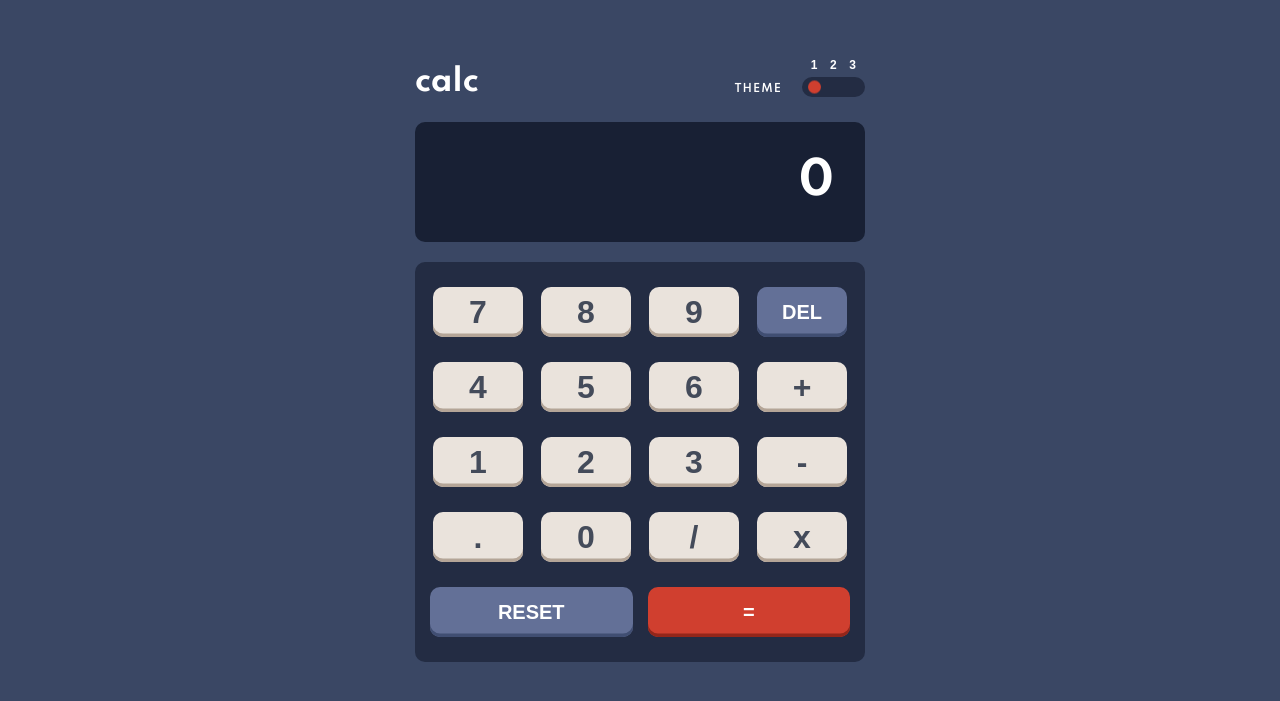
Repository: kurucaner/calculator-app
Page: index.html
An editor plug-in stored every save of this project. The page is shown before and after a run of saves, followed by the edit.
The browser window is 1280 px wide. The pictures show the whole page.

Above is the page before, as saved 2022-03-13 18:10:16.

### index.html
<!DOCTYPE html>
<html lang="en">

<head>
  <meta charset="UTF-8">
  <meta name="viewport" content="width=device-width, initial-scale=1.0"> <!-- displays site properly based on user's device -->

  <link rel="icon" type="image/png" sizes="32x32" href="./images/favicon-32x32.png">

  <!-- font -->
  <link rel="preconnect" href="https://fonts.googleapis.com">
  <link rel="preconnect" href="https://fonts.gstatic.com" crossorigin>
  <link href="https://fonts.googleapis.com/css2?family=Spartan:wght@100;300;400;500;600;700;800;900&display=swap" rel="stylesheet">

  <!-- css -->
  <link rel="stylesheet" href="assets/css/base.css">
  <link rel="stylesheet" href="assets/css/style.css">

  <title>Frontend Mentor | Calculator app</title>
</head>

<body data-theme="theme1">
  <main id="main">
    <article id="calculator">
      <header id="header">
        <h1 data-theme="theme1" class="header__title">calc</h1>
        <div data-theme="theme1" class="header__change-theme">
          <span data-theme="theme1" class="header__change-theme__title">THEME</span>
          <div data-theme="theme1" class="header__change-theme__options">
            <button data-theme="theme1" class="header__change-theme__options__button" onclick="changeTheme('theme1')">1</button>
            <button data-theme="theme1" class="header__change-theme__options__button" onclick="changeTheme('theme2')">2</button>
            <button data-theme="theme1" class="header__change-theme__options__button" onclick="changeTheme('theme3')">3</button>

            <div data-theme="theme1" class="header__change-theme__options__bar"></div>
          </div>
      </header>

      <div id="screen">
        <div data-theme="theme1" class="screen__display">
          <div data-theme="theme1" class="screen__display__value">0</div>
        </div>
      </div>

      <div id="buttons">
        <div data-theme="theme1" class="button__container">
          <div data-theme="theme1" class="buttons__row">
            <button onclick="clicked(this)" data-theme="theme1" class="buttons__row__button" data-value="7">7</button>
            <button onclick="clicked(this)" data-theme="theme1" class="buttons__row__button" data-value="8">8</button>
            <button onclick="clicked(this)" data-theme="theme1" class="buttons__row__button" data-value="9">9</button>
            <button onclick="del()" data-theme="theme1" class="buttons__row__button special-buttons-1" data-value="+">DEL</button>
          </div>

          <div data-theme="theme1" class="buttons__row">
            <button onclick="clicked(this)" data-theme="theme1" class="buttons__row__button" data-value="4">4</button>
            <button onclick="clicked(this)" data-theme="theme1" class="buttons__row__button" data-value="5">5</button>
            <button onclick="clicked(this)" data-theme="theme1" class="buttons__row__button" data-value="6">6</button>
            <button onclick="clicked(this)" data-theme="theme1" class="buttons__row__button" data-value="+">+</button>
          </div>

          <div data-theme="theme1" class="buttons__row">
            <button onclick="clicked(this)" data-theme="theme1" class="buttons__row__button" data-value="1">1</button>
            <button onclick="clicked(this)" data-theme="theme1" class="buttons__row__button" data-value="2">2</button>
            <button onclick="clicked(this)" data-theme="theme1" class="buttons__row__button" data-value="3">3</button>
            <button onclick="clicked(this)" data-theme="theme1" class="buttons__row__button" data-value="-">-</button>
          </div>

          <div data-theme="theme1" class="buttons__row">
            <button onclick="clicked(this)" data-theme="theme1" class="buttons__row__button" data-value=".">.</button>
            <button onclick="clicked(this)" data-theme="theme1" class="buttons__row__button" data-value="0">0</button>
            <button onclick="clicked(this)" data-theme="theme1" class="buttons__row__button" data-value="/">/</button>
            <button onclick="clicked(this)" data-theme="theme1" class="buttons__row__button" data-value="x">x</button>
          </div>

          <div data-theme="theme1" class="buttons__row special-row">
            <button onclick="reset()" data-theme="theme1" class="buttons__row__button special-buttons-1">RESET</button>
            <button onclick="equal()" data-theme="theme1" class="buttons__row__button special-buttons-2">=</button>
          </div>
        </div>
      </div>
    </article>
  </main>

  <script src="assets/js/main.js"></script>
</body>

</html>

### assets/css/base.css
* {
  margin: 0;
  padding: 0;
  border: 0;
  vertical-align: baseline;
  -webkit-box-sizing: border-box;
          box-sizing: border-box;
}

html {
  font-size: 62.5%;
  font-family: "spartan", sans-serif;
}

/* HTML5 display-role reset for older browsers */
article,
aside,
details,
figcaption,
figure,
footer,
header,
hgroup,
menu,
nav,
section {
  display: block;
}

body {
  line-height: 1;
}

ol,
ul {
  list-style: none;
}

blockquote,
q {
  quotes: none;
}

blockquote:before, blockquote:after {
  content: "";
  content: none;
}

q:before, q:after {
  content: "";
  content: none;
}

table {
  border-collapse: collapse;
  border-spacing: 0;
}

a {
  text-decoration: none;
}
/*# sourceMappingURL=base.css.map */

### assets/css/style.css
:root,
body[data-theme="theme1"] {
  --main_bg: hsl(222, 26%, 31%);
  --toggle_bg: hsl(223, 31%, 20%);
  --screen_bg: hsl(224, 36%, 15%);
  --key_bg: hsl(225, 21%, 49%);
  --key_shadow: hsl(224, 28%, 35%);
  --key_bg_1: hsl(6, 63%, 50%);
  --key_shadow_1: hsl(6, 70%, 34%);
  --key_bg_2: hsl(30, 25%, 89%);
  --key_shadow_2: hsl(28, 16%, 65%);
  --text_color: hsl(221, 14%, 31%);
  --text_color_white: #fff;
}

body[data-theme="theme2"] {
  --main_bg: hsl(0, 0%, 90%);
  --toggle_bg: hsl(0, 5%, 81%);
  --screen_bg: hsl(0, 0%, 93%);
  --key_bg: hsl(185, 42%, 37%);
  --key_shadow: hsl(185, 58%, 25%);
  --key_bg_1: hsl(25, 98%, 40%);
  --key_shadow_1: hsl(25, 99%, 27%);
  --key_bg_2: hsl(45, 7%, 89%);
  --key_shadow_2: hsl(35, 11%, 61%);
  --text_color: hsl(60, 10%, 19%);
  --text_color_white: #fff;
}

body[data-theme="theme3"] {
  --main_bg: hsl(268, 75%, 9%);
  --toggle_bg: hsl(268, 71%, 12%);
  --key_bg: hsl(281, 89%, 26%);
  --key_shadow: hsl(285, 91%, 52%);
  --key_bg_1: hsl(176, 100%, 44%);
  --key_shadow_1: hsl(177, 92%, 70%);
  --key_bg_2: hsl(268, 47%, 21%);
  --key_shadow_2: hsl(290, 70%, 36%);
  --text_color: hsl(52, 100%, 62%);
  --text-color-blue: hsl(198, 20%, 13%);
  --text_color_white: #fff;
}

html {
  width: 100%;
  height: 100%;
}

body {
  height: 100%;
  display: -webkit-box;
  display: -ms-flexbox;
  display: flex;
  -webkit-box-align: center;
      -ms-flex-align: center;
          align-items: center;
  -webkit-box-pack: center;
      -ms-flex-pack: center;
          justify-content: center;
  background-color: var(--main_bg);
  -webkit-transition: background-color 0.5s ease-out;
  transition: background-color 0.5s ease-out;
  will-change: background-color;
}

main {
  width: 450px;
}

#calculator {
  height: 100%;
  display: -webkit-box;
  display: -ms-flexbox;
  display: flex;
  -webkit-box-orient: vertical;
  -webkit-box-direction: normal;
      -ms-flex-direction: column;
          flex-direction: column;
}

header#header {
  display: -webkit-box;
  display: -ms-flexbox;
  display: flex;
  -webkit-box-pack: justify;
      -ms-flex-pack: justify;
          justify-content: space-between;
  -webkit-box-align: end;
      -ms-flex-align: end;
          align-items: flex-end;
}

header#header * {
  will-change: color;
}

header#header .header__title {
  color: var(--text_color_white);
  font-size: 3rem;
  font-weight: 700;
}

header#header .header__title[data-theme="theme2"],
header#header .header__title[data-theme="theme3"] {
  color: var(--text_color);
}

header#header .header__change-theme {
  display: -webkit-box;
  display: -ms-flexbox;
  display: flex;
  -webkit-box-pack: justify;
      -ms-flex-pack: justify;
          justify-content: space-between;
  -webkit-box-align: end;
      -ms-flex-align: end;
          align-items: flex-end;
  color: var(--text_color_white);
  will-change: color;
}

header#header .header__change-theme span {
  font-size: 1.1rem;
  font-weight: 600;
  letter-spacing: 0.1rem;
  margin-bottom: 2.5px;
}

header#header .header__change-theme .header__change-theme__options {
  margin-left: 2rem;
}

header#header .header__change-theme .header__change-theme__options button {
  background-color: transparent;
  color: inherit;
  padding: 0 5px;
  border: none;
  font-size: 1.2rem;
  font-weight: 600;
  cursor: pointer;
  -webkit-transition: all 0.2s ease-in-out;
  transition: all 0.2s ease-in-out;
}

header#header .header__change-theme .header__change-theme__options button:first-child {
  margin-left: 4px;
}

header#header .header__change-theme .header__change-theme__options button:nth-child(3) {
  margin-right: 4px;
}

header#header .header__change-theme .header__change-theme__options div {
  position: relative;
  width: 100%;
  height: 20px;
  border-radius: 40px;
  margin-top: 5px;
  background-color: var(--toggle_bg);
  -webkit-transition: background-color 0.5s ease-out;
  transition: background-color 0.5s ease-out;
  will-change: background-color;
  --posBar: 0%;
}

header#header .header__change-theme .header__change-theme__options div::before {
  content: "";
  position: absolute;
  top: 50%;
  left: calc(10% + var(--posBar));
  width: 13px;
  height: 13px;
  border-radius: 50%;
  background-color: var(--key_bg_1);
  -webkit-transform: translate(0, -50%);
          transform: translate(0, -50%);
  -webkit-transition: left 0.5s;
  transition: left 0.5s;
  will-change: left;
}

header#header .header__change-theme .header__change-theme__options div[data-theme="theme2"] {
  --posBar: 30%;
}

header#header .header__change-theme .header__change-theme__options div[data-theme="theme3"] {
  --posBar: 60%;
}

header#header .header__change-theme[data-theme="theme2"],
header#header .header__change-theme[data-theme="theme3"] {
  color: var(--text_color);
}

#screen {
  background-color: var(--screen_bg);
  height: 12rem;
  border-radius: 10px;
  -webkit-transition: background-color 0.5s ease-out;
  transition: background-color 0.5s ease-out;
  margin-top: 25px;
  will-change: background-color;
}

#screen .screen__display::-webkit-scrollbar {
  display: none;
}

#screen .screen__display {
  position: relative;
  display: -webkit-box;
  display: -ms-flexbox;
  display: flex;
  -webkit-box-pack: end;
      -ms-flex-pack: end;
          justify-content: flex-end;
  -webkit-box-align: center;
      -ms-flex-align: center;
          align-items: center;
  height: 100%;
  border-radius: 10px;
  padding: 0 3rem;
  overflow-x: scroll;
  overflow-y: hidden;
  will-change: border;
  will-change: transition;
}

#screen .screen__display .screen__display__value {
  position: absolute;
  color: var(--text_color_white);
  max-width: 100%;
  text-align: right;
  white-space: nowrap;
  font-size: 4.5em;
  font-weight: 700;
  letter-spacing: 0.1rem;
  line-height: 5rem;
  padding-left: 3rem;
}

#screen .screen__display .screen__display__value[data-theme="theme2"],
#screen .screen__display .screen__display__value[data-theme="theme3"] {
  color: var(--text_color);
}

div#buttons {
  height: 40rem;
  background-color: var(--toggle_bg);
  border-radius: 10px;
  margin-top: 20px;
  -webkit-transition: background-color 0.5s ease-out;
  transition: background-color 0.5s ease-out;
  will-change: background-color;
  -webkit-user-select: none;
     -moz-user-select: none;
      -ms-user-select: none;
          user-select: none;
}

div#buttons * {
  will-change: background-color, color, box-shadow;
}

div#buttons .button__container {
  height: 100%;
  display: -webkit-box;
  display: -ms-flexbox;
  display: flex;
  -webkit-box-orient: vertical;
  -webkit-box-direction: normal;
      -ms-flex-direction: column;
          flex-direction: column;
  -webkit-box-pack: space-evenly;
      -ms-flex-pack: space-evenly;
          justify-content: space-evenly;
}

div#buttons .button__container .buttons__row {
  display: -webkit-box;
  display: -ms-flexbox;
  display: flex;
  -webkit-box-pack: space-evenly;
      -ms-flex-pack: space-evenly;
          justify-content: space-evenly;
}

div#buttons .button__container .buttons__row .buttons__row__button {
  width: 20%;
  height: 50px;
  border-radius: 10px;
  font-size: 3.2rem;
  font-weight: 700;
  color: var(--text_color);
  background-color: var(--key_bg_2);
  -webkit-box-shadow: inset 0 -3.5px 0px var(--key_shadow_2);
          box-shadow: inset 0 -3.5px 0px var(--key_shadow_2);
  -webkit-transition: all 0.1s ease-in-out;
  transition: all 0.1s ease-in-out;
  cursor: pointer;
  -webkit-tap-highlight-color: transparent;
}

div#buttons .button__container .buttons__row .special-buttons-1 {
  font-size: 2rem;
  color: var(--text_color_white);
  background-color: var(--key_bg);
  -webkit-box-shadow: inset 0 -3.5px 0px var(--key_shadow);
          box-shadow: inset 0 -3.5px 0px var(--key_shadow);
}

div#buttons .button__container .buttons__row .special-buttons-2 {
  font-size: 2rem;
  color: var(--text_color_white);
  background-color: var(--key_bg_1);
  -webkit-box-shadow: inset 0 -3.5px 0px var(--key_shadow_1);
          box-shadow: inset 0 -3.5px 0px var(--key_shadow_1);
}

div#buttons .button__container .buttons__row .special-buttons-2[data-theme="theme3"] {
  color: var(--text_color_blue);
}

div#buttons .button__container .special-row .buttons__row__button {
  width: 45%;
}

@media all and (max-width: 800px) {
  main {
    height: 100%;
    padding: 20px 20px;
  }
  div#buttons {
    height: 100%;
  }
  div#buttons .button__container {
    padding: 10px;
  }
  div#buttons .button__container .buttons__row .buttons__row__button {
    height: 70px;
  }
}
/*# sourceMappingURL=style.css.map */

### assets/js/main.js
let display = document.querySelector(".screen__display");
let displayValue = display.querySelector(".screen__display__value");
const elms = document.querySelectorAll("*");
const themeBar = document
    .querySelector(".header__change-theme__options")
    .getElementsByClassName("div");

changeTheme = (theme) => {
    display.style.transition = "border-color 0.5s ease-out";
    for (let i = 0; i < elms.length; ++i) {
        elms[i].setAttribute("data-theme", theme);
    }
};

setInterval(() => {
    if (displayValue.clientWidth >= display.clientWidth - 30) {
        display.style.borderLeft = "3rem solid var(--screen_bg)";
        display.style.borderRight = "3rem solid var(--screen_bg)";
    } else if (displayValue.clientWidth < display.clientWidth + 20) {
        display.style.transition = "none";
        display.style.borderLeft = "none";
        display.style.borderRight = "none";
    }
}, 0);

var res = document.querySelector(".screen__display__value").innerHTML;
const btns = document.getElementById("buttons").getElementsByTagName("button");

function scrollToEnd() {
    document.querySelector(".screen__display").scrollRight = 1000;
}

let boxShadowCSS = [];

function addComma(str) {
    return Number(str).toLocaleString();
}
function fix(str) {
    str = str.replaceAll(",", "");
    str = str.replaceAll("x", "*");
    return str;
}

for (let i = 0; i < btns.length; ++i) {
    boxShadowCSS.push(btns[i].style.boxShadow);
}
for (let i = 0; i < btns.length; ++i) {
    btns[i].addEventListener("mousedown", () => {
        btns[i].style.boxShadow = "none";
    });
    btns[i].addEventListener("touchstart", () => {
        btns[i].style.boxShadow = "none";
    });
    btns[i].addEventListener("mouseup", () => {
        btns[i].style.boxShadow = boxShadowCSS[i];
    });
    btns[i].addEventListener("touchend", () => {
        btns[i].style.boxShadow = boxShadowCSS[i];
    });
}

function print() {
    scrollToEnd();
    document.querySelector(".screen__display__value").innerHTML = res;
}
function isFull() {
    return res.length > 50;
}

function checkFalse() {
    return (
        document.querySelector(".screen__display__value").innerHTML ==
            "SyntaxError" ||
        document.querySelector(".screen__display__value").innerHTML ==
            "MathError"
    );
}

function clicked(e) {
    res = res.replaceAll(",", "");
    if (isFull()) return;
    if (checkFalse()) {
        res = "0";
        print();
    }
    let x = e.getAttribute("data-value");

    if (res == "0" && x >= "0" && x <= "9") {
        res = x;
        print();
    } else {
        res += x;
        print();
    }
}

function del() {
    res = fix(res);
    if (checkFalse()) {
        res = "0";
        print();
    }
    if (res.length > 1) {
        res = res.substring(0, res.length - 1);
        print();
    } else {
        res = "0";
        print();
    }
}

function reset() {
    res = "0";
    print();
}

function equal() {
    try {
        eval(fix(res));
    } catch (e) {
        if (e instanceof SyntaxError) res = "SyntaxError";
        print();
        return;
    }
    res = addComma(eval(fix(res)));
    if (
        res == "Infinity" ||
        res == "NaN" ||
        res == "undefined" ||
        res == "null" ||
        res == "∞"
    )
        res = "MathError";
    print();
}

After the next 2 saves:
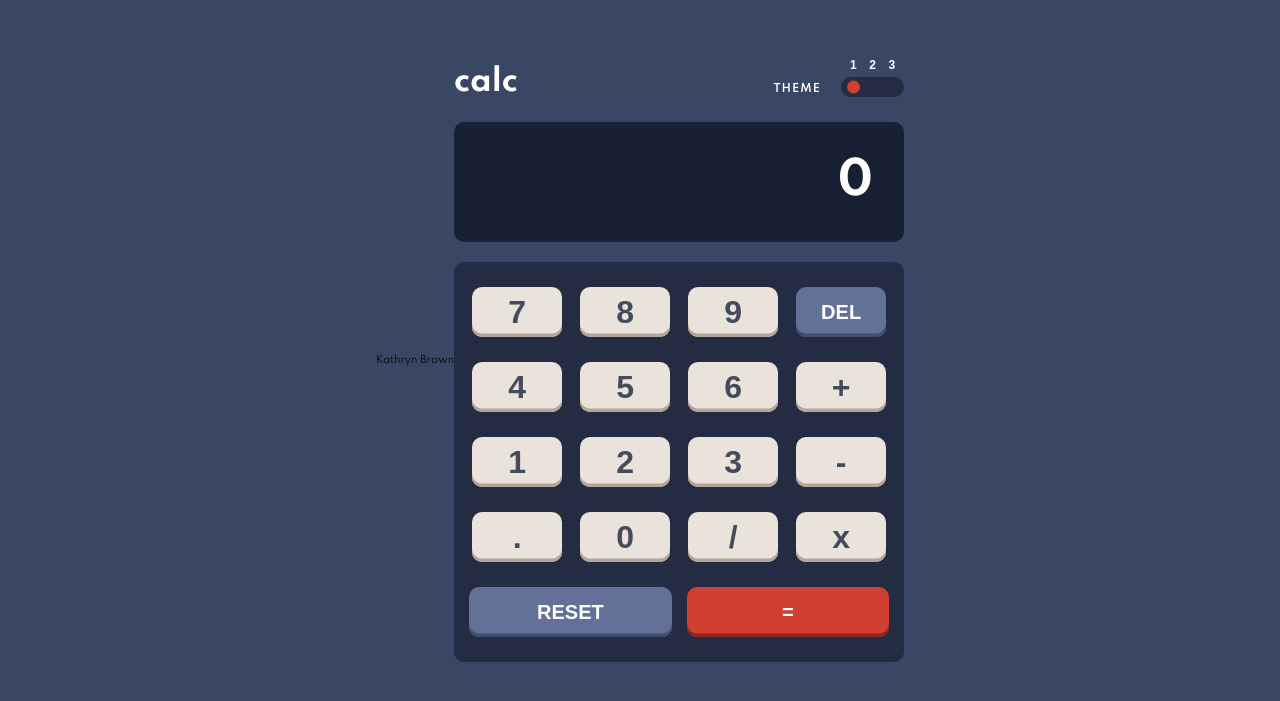
The 2 saves are shown as one change because they came seconds apart.
The last was saved 6 s later.
--- a/index.html
+++ b/index.html
@@ -4,7 +4,7 @@
 <head>
   <meta charset="UTF-8">
   <meta name="viewport" content="width=device-width, initial-scale=1.0"> <!-- displays site properly based on user's device -->
-
+  <author>Kathryn Brown</author>
   <link rel="icon" type="image/png" sizes="32x32" href="./images/favicon-32x32.png">
 
   <!-- font -->
